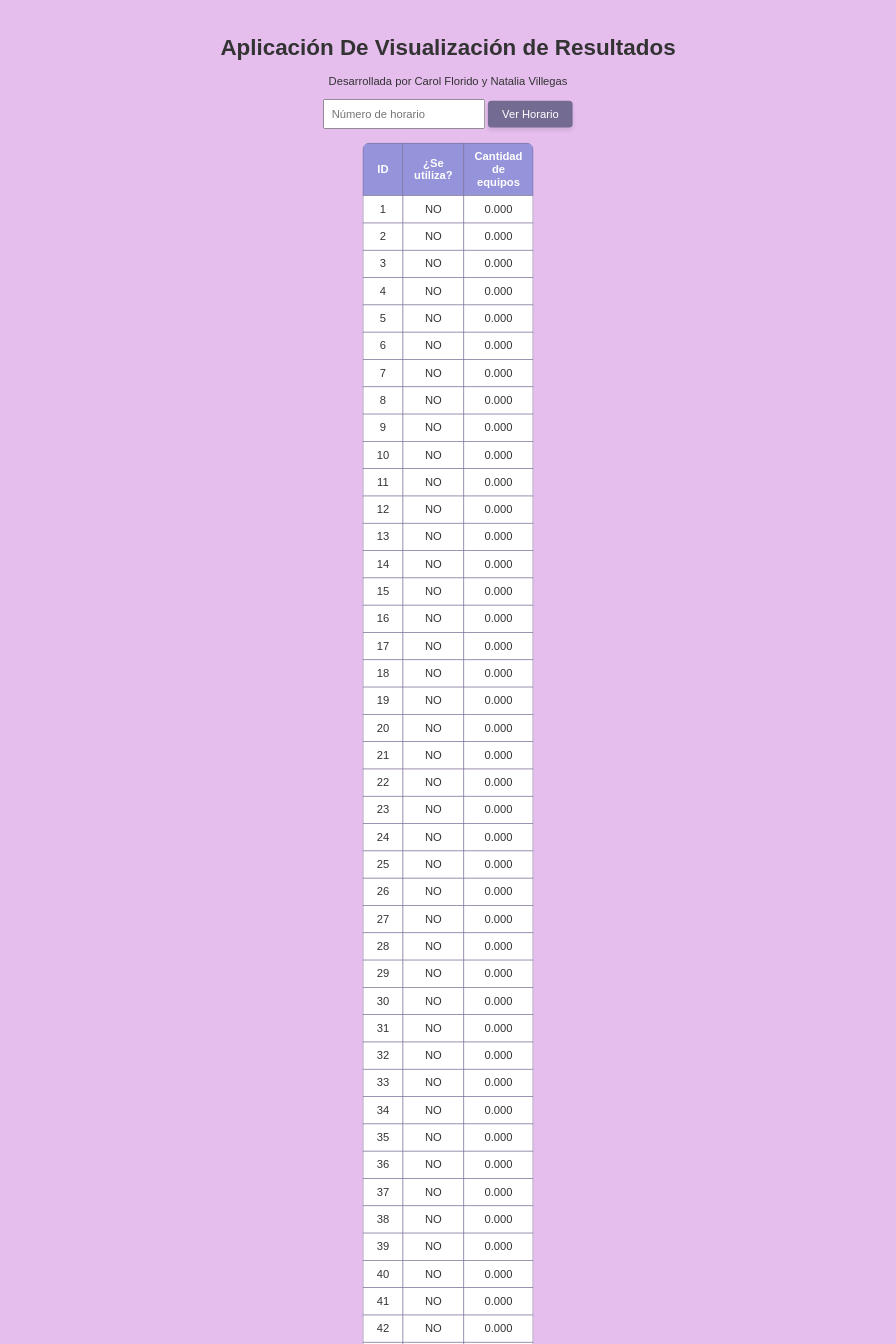
Repository: cflorido/Front_T3
Page: index.html
The author's editor kept a copy of each file at every save. The page is drawn from the files as they stood at one save, then again after the next save.
The browser window is 1280 px wide. The pictures show the part of the page from y = 0 to 1920 px (the page is 6969 px tall before and 7027 px after), at 70% of full size.

Above is the page before, as saved 2024-10-22 23:00:11.

After the next save:
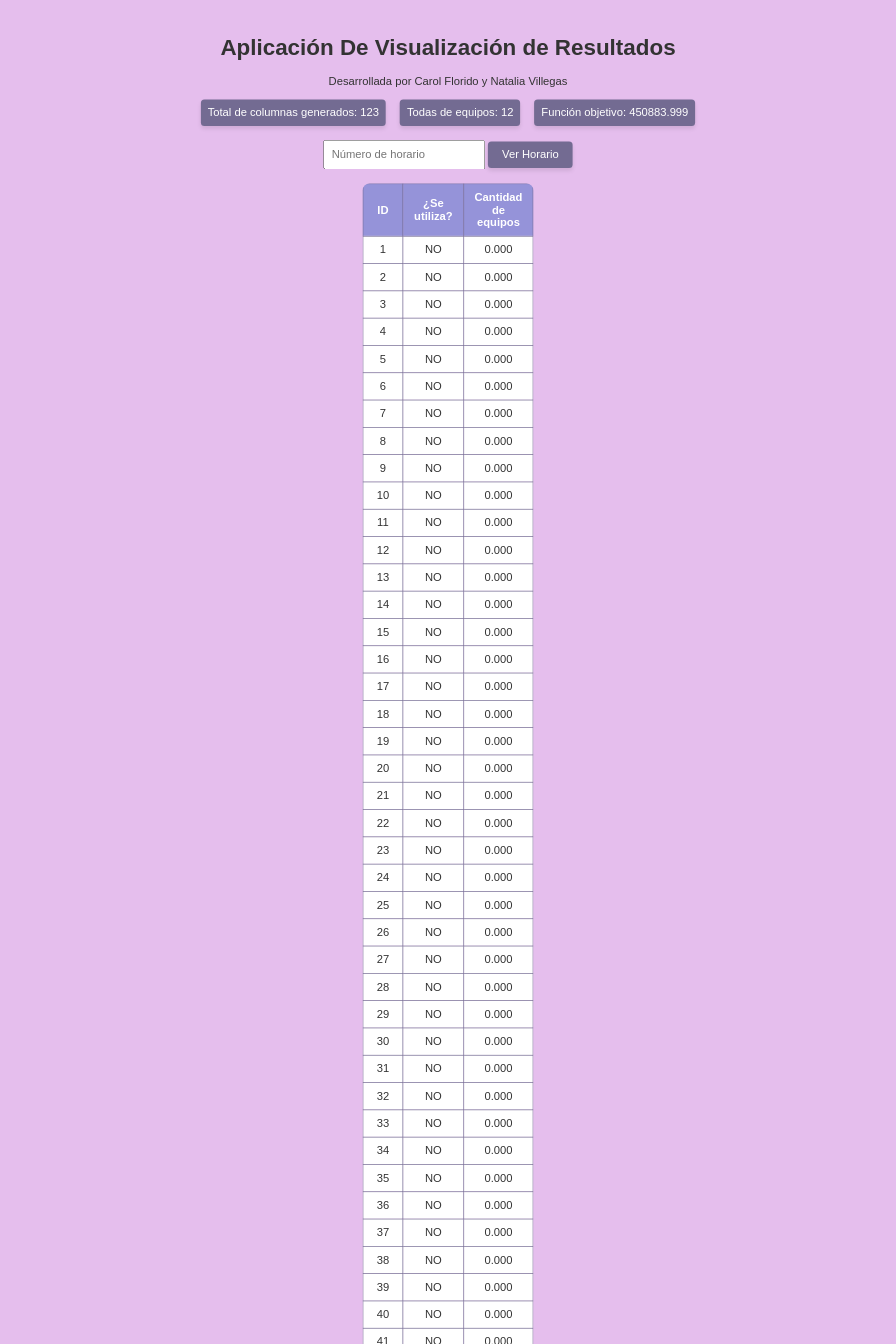
Saved 110 s later.
--- a/index.html
+++ b/index.html
@@ -16,6 +16,19 @@
             display: flex;
             justify-content: space-between;
         }
+        .info-container {
+            display: flex;
+            justify-content: center;
+            margin-bottom: 20px;
+        }
+        .info-box {
+            margin: 0 10px;
+            padding: 10px;
+            background-color: #736B92;
+            color: white;
+            border-radius: 5px;
+            box-shadow: 0 4px 6px rgba(0, 0, 0, 0.1);
+        }
         button {
             padding: 10px 20px;
             font-size: 16px;
@@ -93,6 +106,12 @@
 <body>
     <h1>Aplicación De Visualización de Resultados</h1>
     <p>Desarrollada por Carol Florido y Natalia Villegas</p>
+
+    <div class="info-container">
+        <div class="info-box">Total de columnas generados: 123</div>
+        <div class="info-box">Todas de equipos: 12</div>
+        <div class="info-box">Función objetivo: 450883.999</div>
+    </div>
 
     <input type="number" id="numeroLinea" placeholder="Número de horario" min="1" style="padding: 10px; font-size: 16px;">
     <button onclick="cargarLinea()">Ver Horario</button>
@@ -229,20 +248,23 @@
 
                 const horaInicio = (i * 2) % 24;
                 const horaFin = (horaInicio + 2) % 24;
-                const franjaHoraria = `${horaInicio < 10 ? '0' : ''}${horaInicio}:00 - ${horaFin < 10 ? '0' : ''}${horaFin}:00`;
-
+                const franjaHoraria = `${horaInicio.toString().padStart(2, '0')}:00 - ${horaFin.toString().padStart(2, '0')}:00`;
+
+                // Celda de franja horaria
                 const celdaFranja = document.createElement('td');
                 celdaFranja.textContent = franjaHoraria;
                 fila.appendChild(celdaFranja);
 
-                for (let j = 0; j < 7; j++) {
+                // Agregar celdas de días
+                horario.forEach(valor => {
                     const celda = document.createElement('td');
-                    celda.textContent = horario[i * 7 + j];
-                    if (horario[i * 7 + j] === 1) {
-                        celda.classList.add('utilizado'); // Agregar clase si se usa
+                    celda.textContent = valor; // Aquí puedes personalizar el contenido
+                    if (valor !== 0) {
+                        celda.classList.add('utilizado'); // Aplicar clase si se utiliza
                     }
                     fila.appendChild(celda);
-                }
+                });
+
                 tbody.appendChild(fila);
             }
 
@@ -250,7 +272,7 @@
             contenidoDiv.appendChild(tabla);
         }
 
-        // Cargar el contenido de los archivos al iniciar la página
+        // Cargar contenido al inicio
         window.onload = cargarContenido;
     </script>
 </body>

After the save that followed:
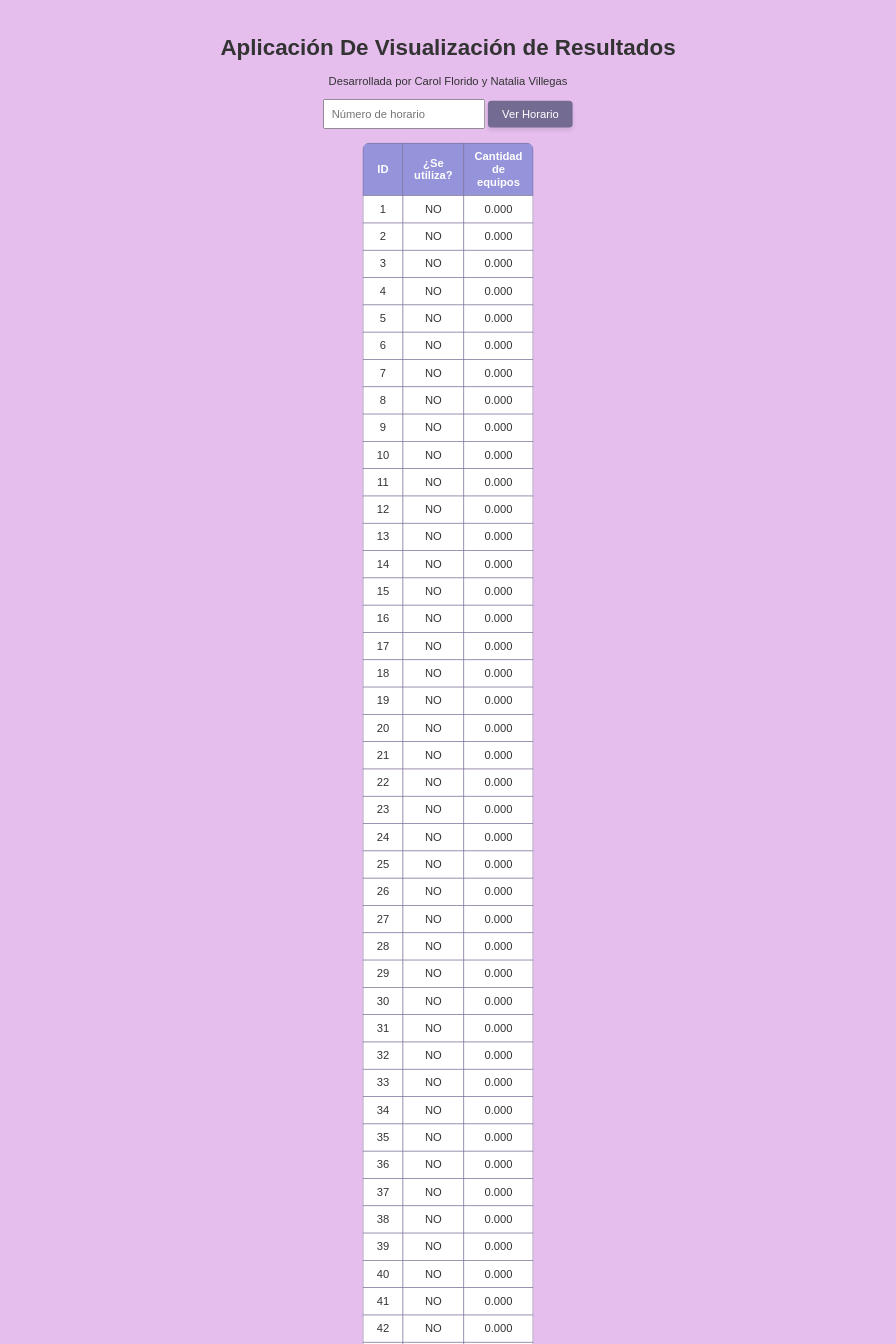
Saved 21 s later.
--- a/index.html
+++ b/index.html
@@ -16,19 +16,6 @@
             display: flex;
             justify-content: space-between;
         }
-        .info-container {
-            display: flex;
-            justify-content: center;
-            margin-bottom: 20px;
-        }
-        .info-box {
-            margin: 0 10px;
-            padding: 10px;
-            background-color: #736B92;
-            color: white;
-            border-radius: 5px;
-            box-shadow: 0 4px 6px rgba(0, 0, 0, 0.1);
-        }
         button {
             padding: 10px 20px;
             font-size: 16px;
@@ -106,12 +93,6 @@
 <body>
     <h1>Aplicación De Visualización de Resultados</h1>
     <p>Desarrollada por Carol Florido y Natalia Villegas</p>
-
-    <div class="info-container">
-        <div class="info-box">Total de columnas generados: 123</div>
-        <div class="info-box">Todas de equipos: 12</div>
-        <div class="info-box">Función objetivo: 450883.999</div>
-    </div>
 
     <input type="number" id="numeroLinea" placeholder="Número de horario" min="1" style="padding: 10px; font-size: 16px;">
     <button onclick="cargarLinea()">Ver Horario</button>
@@ -248,23 +229,20 @@
 
                 const horaInicio = (i * 2) % 24;
                 const horaFin = (horaInicio + 2) % 24;
-                const franjaHoraria = `${horaInicio.toString().padStart(2, '0')}:00 - ${horaFin.toString().padStart(2, '0')}:00`;
-
-                // Celda de franja horaria
+                const franjaHoraria = `${horaInicio < 10 ? '0' : ''}${horaInicio}:00 - ${horaFin < 10 ? '0' : ''}${horaFin}:00`;
+
                 const celdaFranja = document.createElement('td');
                 celdaFranja.textContent = franjaHoraria;
                 fila.appendChild(celdaFranja);
 
-                // Agregar celdas de días
-                horario.forEach(valor => {
+                for (let j = 0; j < 7; j++) {
                     const celda = document.createElement('td');
-                    celda.textContent = valor; // Aquí puedes personalizar el contenido
-                    if (valor !== 0) {
-                        celda.classList.add('utilizado'); // Aplicar clase si se utiliza
+                    celda.textContent = horario[i * 7 + j];
+                    if (horario[i * 7 + j] === 1) {
+                        celda.classList.add('utilizado'); // Agregar clase si se usa
                     }
                     fila.appendChild(celda);
-                });
-
+                }
                 tbody.appendChild(fila);
             }
 
@@ -272,7 +250,7 @@
             contenidoDiv.appendChild(tabla);
         }
 
-        // Cargar contenido al inicio
+        // Cargar el contenido de los archivos al iniciar la página
         window.onload = cargarContenido;
     </script>
 </body>
